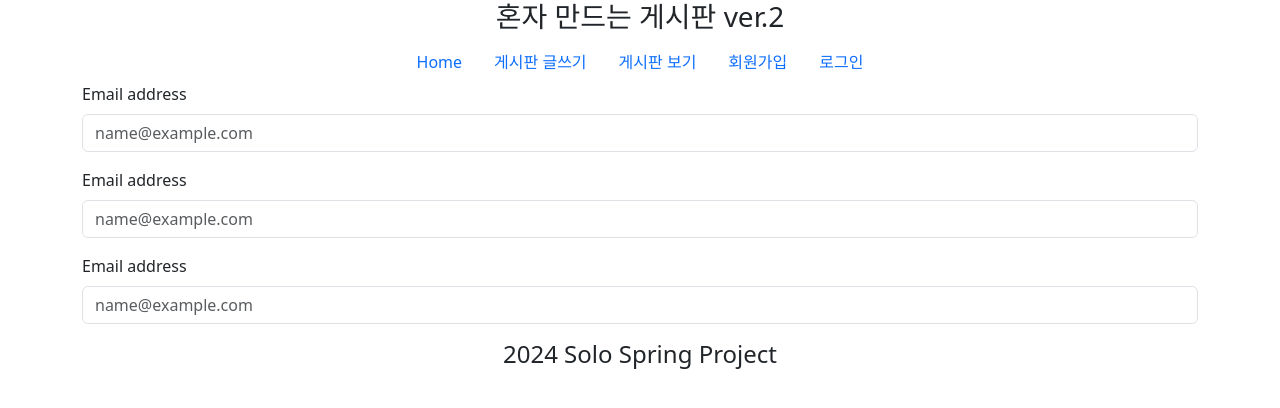
Repository: nefer2/Spring_test
Page: http://localhost/spring_test7/WEB-INF/views/board/register.jsp
An editor plug-in stored every save of this project. The page is shown before and after the next save, followed by the edit.
The browser window is 1280 px wide. The pictures show the whole page.
The page is served by Tomcat 9. Nobody is signed in. The template is opened directly, without the code that normally fills it, so the values that code supplies are empty.

Above is the page before, as saved 2024-01-17 03:58:52.

After the next save:
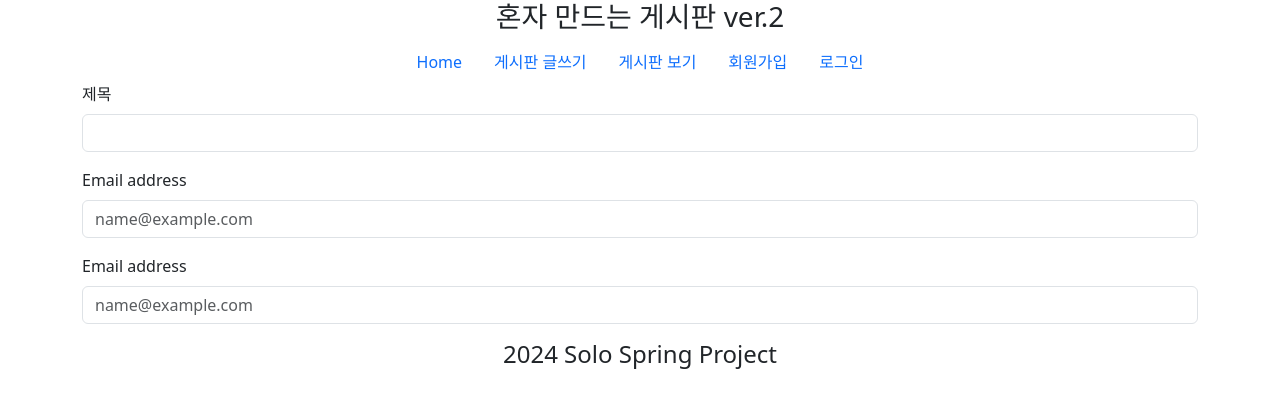
Saved 38 s later.
--- a/spring_test7/src/main/webapp/WEB-INF/views/board/register.jsp
+++ b/spring_test7/src/main/webapp/WEB-INF/views/board/register.jsp
@@ -12,8 +12,8 @@
 <div class="container-md">
 	<form action="">
 		<div class="mb-3">
-		  <label for="email" class="form-label">Email address</label>
-		  <input type="email" name="email" class="form-control" id="email" placeholder="name@example.com">
+		  <label for="title" class="form-label">제목</label>
+		  <input type="text" name="title" class="form-control" id="title" >
 		</div>
 		<div class="mb-3">
 		  <label for="exampleFormControlInput1" class="form-label">Email address</label>
